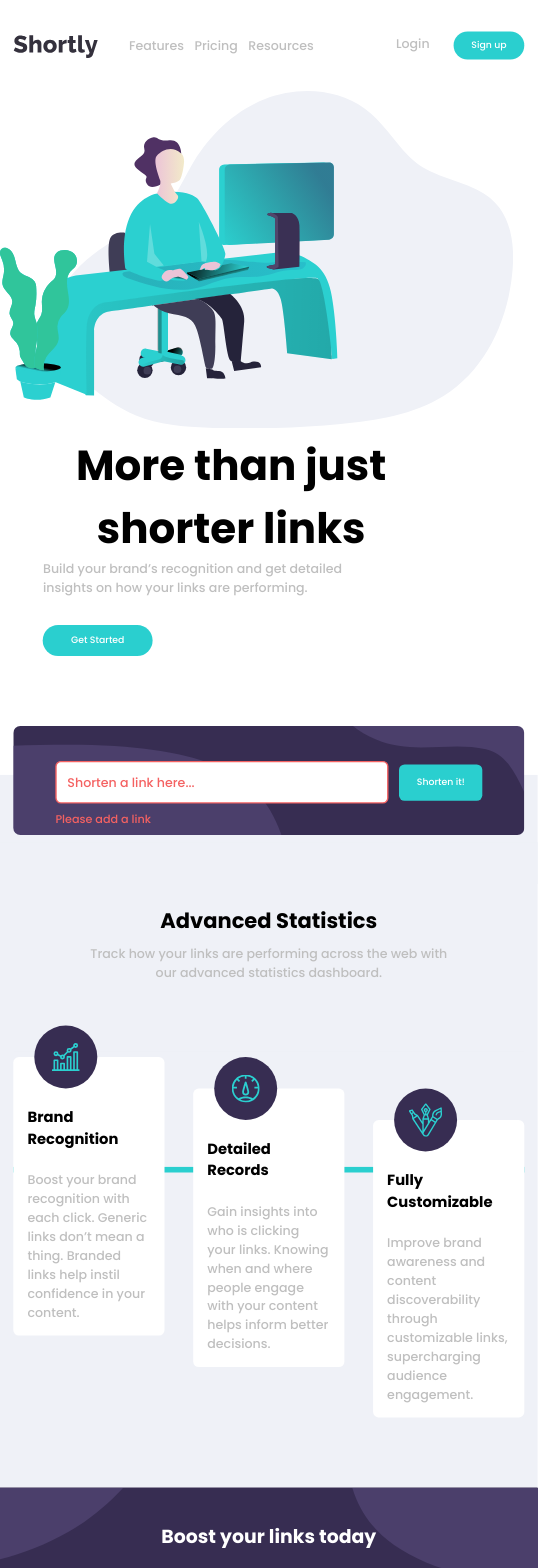
Repository: mamulini/URL-shortener
Page: index.html
The author's editor kept a copy of each file at every save. The page is drawn from the files as they stood at one save, then again after the next save.
The browser window is 768 px wide. The pictures show the part of the page from y = 0 to 2240 px (the page is 2677 px tall), at 70% of full size.
Some web libraries are served in a nearby version. The style sheet was rebuilt from its Sass, Less or Tailwind sources for each picture, by a compiler version that may differ from the author's.

Above is the page before, as saved 2020-04-18 14:21:21.

### index.html
<!DOCTYPE html>
<html lang="en">
<head>
  <meta charset="UTF-8">
  <meta name="viewport" content="width=device-width, initial-scale=1.0"> <!-- displays site properly based on user's device -->

  <link rel="icon" type="image/png" sizes="32x32" href="./images/favicon-32x32.png">
  <link rel="stylesheet" href="https://cdnjs.cloudflare.com/ajax/libs/font-awesome/5.13.0/css/all.min.css">
  <link rel="stylesheet" href="./sass/main.css">

  <title>Frontend Mentor | Shortly URL shortening API Challenge</title>

  <!-- Feel free to remove these styles or customise in your own stylesheet 👍 -->

</head>
<body>
  <header class="header container">
    <a href="/" class="header__logo"><img src="./images/logo.svg" alt="logo">
    </a>
    <nav class="nav">
      <ul class="nav__menu">
        <li class="nav__item"><a class="nav__link" href="#">Features</a></li>
        <li class="nav__item"><a class="nav__link" href="#">Pricing</a></li>
        <li class="nav__item"><a class="nav__link" href="#">Resources</a></li>
      </ul>
    </nav>
    <div class="user">
      <a class="user__login" href="#" >Login</a>
      <button class="user__sign-up btn--blue" type="button">Sign up</button>
    </div>

  </header>
  <main class="main">
    <div class="intro">
      <div class="intro__description">
        <h1 class="intro__title">More than just shorter links</h1>
        <p class="intro__subtitle">Build your brand’s recognition and get detailed <br> insights
          on how your links are performing.</p>
        <button class="intro__btn btn--blue">Get Started</button>

      </div>
      <div class="intro__img">
        <img src="./images/illustration-working.svg" alt="image">
      </div>
    </div>
    <div class="shorten ">
      <div class="shorten__handler container">
        <form class="shorten__form">
          <input class="shorten__input" type="url" pattern="https://.*" value="" placeholder="Shorten a link here...">
          <button class="shorten__btn btn--blue" type="button">Shorten it!</button>

        </form>
        <p class="shorten__subtitle">Please add a link</p>
      </div>
      <div class="shorten__links container"></div>
    </div>
    <div class="statistics ">
      <h2 class="statistics__title">Advanced Statistics</h2>
      <p class="statistics__subtitle">Track how your links are performing across the web with our
        advanced statistics dashboard.</p>
      <div class="blocks_wrapper container">
        <hr class="blocks_wrapper__line">
        <div class="block block--1">
          <div class="block__icon">
            <img src="./images/icon-brand-recognition.svg" alt="icon" >
          </div>
          <h3 class="block__title">Brand Recognition</h3>
          <p class="block__subtitle">Boost your brand recognition with each click. Generic links don’t
            mean a thing. Branded links help instil confidence in your content.</p>
        </div>
        <div class="block block--2">
          <div class="block__icon">
            <img src="./images/icon-detailed-records.svg" alt="icon" >
          </div>
          <h3 class="block__title">Detailed Records</h3>
          <p class="block__subtitle">Gain insights into who is clicking your links. Knowing when and where
            people engage with your content helps inform better decisions.</p>
        </div>
        <div class="block block--3">
          <div class="block__icon">
            <img src="./images/icon-fully-customizable.svg" alt="icon" >
          </div>
          <h3 class="block__title">Fully Customizable</h3>
          <p class="block__subtitle">Improve brand awareness and content discoverability through customizable
            links, supercharging audience engagement.</p>
        </div>

      </div>
    </div>
    <div class="link_booster">
      <h2 class="link_booster__title">Boost your links today</h2>
      <button class="link_booster__btn btn--blue">Get Started</button>
    </div>
  </main>
  <div class="footer">
    <div class="footer__wrapper container">
      <h2 class="footer__logo">Shortly</h2>
    <div class="footer__nav-wrapper">
      <h3 class="footer__nav-title">Features</h3>
      <ul class="footer__nav-list">
        <li class="footer__nav-li"><a class="footer__nav-link" href="#">Link Shortening</a></li>
        <li class="footer__nav-li"><a class="footer__nav-link" href="#">Branded Links</a></li>
        <li class="footer__nav-li"><a class="footer__nav-link" href="#">Analytics</a></li>
      </ul>
    </div>
    <div class="footer__nav-wrapper">
      <h3 class="footer__nav-title">Resources</h3>
      <ul class="footer__nav-list">
        <li class="footer__nav-li"><a class="footer__nav-link" href="#">Blog</a></li>
        <li class="footer__nav-li"><a class="footer__nav-link" href="#">Developers</a></li>
        <li class="footer__nav-li"><a class="footer__nav-link" href="#">Support</a></li>
      </ul>
    </div>
    <div class="footer__nav-wrapper">
      <h3 class="footer__nav-title">Company</h3>
      <ul class="footer__nav-list">
        <li class="footer__nav-li"><a class="footer__nav-link" href="#">About</a></li>
        <li class="footer__nav-li"><a class="footer__nav-link" href="#">Our Team</a></li>
        <li class="footer__nav-li"><a class="footer__nav-link" href="#">Careers</a></li>
        <li class="footer__nav-li"><a class="footer__nav-link" href="#">Contact</a></li>
      </ul>
    </div>
    <div class="footer__icons-wrapper">
      <a href="#"><i class="fab fa-facebook-square footer__icon"></i></a>
      <a href="#"><i  class="fab fa-twitter footer__icon"></i></a>
      <a href="#"><i class="fab fa-pinterest footer__icon"></i></a>
      <a href="#"><i class="fab fa-instagram footer__icon"></i></a>
    </div>

    </div>
    <div class="attribution">
      Challenge by <a href="https://www.frontendmentor.io?ref=challenge" target="_blank">Frontend Mentor</a>.
      Coded by <a href="#">David mamulia</a>.
    </div>
  </div>
  <script src="./js/main.js"></script>
</body>
</html>

### JS/main.js
const input = document.querySelector('.shorten__input');
const shortenBtn = document.querySelector('.shorten__btn');

input.addEventListener("focus", () => {
    input.value = "https://";
});

class ShortLinks {
    constructor(url, shortUrl){
        this.url = url;
        this.shortUrl = shortUrl;
    }

    static render(obj){
        const content = `
            <div class="shorten__genarate">
                <span class="shorten__long-link">${obj.url}</span>
                <a class="shorten__short-link" href="${obj.shortUrl}" target="_blank">${obj.shortUrl}</a>
                <button class="shorten__copy btn--blue">Copy</button>
                <span class="shorten__close"><i class="fas fa-window-close"></i></i></span >
            </div>
        `;

        document.querySelector(".shorten__links").insertAdjacentHTML("afterbegin", content);
    }
}


let storedLinks = (JSON.parse(localStorage.getItem("locaLinks")));

if (storedLinks){
    storedLinks.forEach(link => {
        ShortLinks.render(link);
    });
}else{ storedLinks = []; }



shortenBtn.addEventListener("click", () => {
    async function inputHandle(){
        const res = await fetch("https://rel.ink/api/links/", {
            method:"POST",
            body: JSON.stringify( {url: `${input.value}`} ),
            headers: { 'Content-Type': 'application/json' }
        });

        if (res.status > 200 && res.status < 400){
            const data = await res.json();

            storedLinks.push(new ShortLinks(input.value, `https://rel.ink/${data.hashid}`));
            input.value = "";

            //save to localStorage
            localStorage.setItem("locaLinks", JSON.stringify(storedLinks));

            ShortLinks.render(storedLinks[storedLinks.length - 1]);
        }else{
            document.querySelector(".shorten__subtitle").innerText = 'Link is not valid';


            setTimeout(() => {
                document.querySelector(".shorten__subtitle").innerText = 'Please add a link';

            }, 2000);
        }
    }

    inputHandle();
});


input.addEventListener("keypress", e => {
    if (e.keyCode === 13) {
        e.preventDefault();
        shortenBtn.click();
    }
  });



document.querySelector(".shorten__links").addEventListener("click", (e) => {
    if (e.target.classList.contains("fa-window-close")){
        const delUrl = e.target.parentNode;
        storedLinks = storedLinks.filter(link => link.shortUrl == delUrl);
        //save to localStorage
        localStorage.setItem("locaLinks", JSON.stringify(storedLinks));
        //disappear from DOM
        e.target.parentNode.parentNode.remove();
    }
});

document.querySelector(".shorten").addEventListener("click", (e) => {
    if (e.target.innerText == "Copy"){
        //turn all copy buttons to "Copy" again (in case of they are not)
        const copyButtons = document.querySelectorAll(".shorten__handler div button");

        for (let i = 0; i < copyButtons.length; i++){
            console.log(copyButtons[i]);
            copyButtons[i].style.backgroundColor = "hsl(180, 66%, 49%)";
            copyButtons[i].innerText = "Copy";
        }

        e.target.style.backgroundColor = "hsl(257, 27%, 26%)";
        e.target.innerText = "Copied!";

        //copy shorten link to keyboard
        const copy = e.target.previousElementSibling.innerHTML;
        const input = document.createElement('textarea');
        document.body.appendChild(input);
        input.value = copy;
        input.select();
        document.execCommand('Copy');
        input.remove();
    }
});

### sass/main.scss
@import url('https://fonts.googleapis.com/css2?family=Poppins:wght@500;700&display=swap');

// colors
$text_gray: hsl(0, 0%, 75%);
$cyan_btn:  hsl(180, 66%, 49%);
$dark_bg : #372d52;
$dark_blue: #1e1a23;
$red : hsl(0, 87%, 67%);
$light_bg: #eff1f7;

* {
    padding: 0;
    margin: 0;
    box-sizing: border-box;
}

body{
    font-size: 18px;
    font-family: 'poppins', sans-serif;
    font-weight: 500;

}

img {
    max-width: 100%;
}

.container {
    max-width: 85%;
    margin: 0 auto;
    @media screen and (max-width: 880px) {
        max-width: 95%;
    }
}

.header {
    margin-top: 40px;
    margin-bottom: 40px;
    display: flex;
    justify-content: flex-start;
    align-items: center;
    &__logo{
        flex: 0 0 25%;
        max-width: 150px;
        margin-top: 10px;
    }
}

.nav{
    flex: 0 0 25%;
    &__menu{
        display: flex;
        justify-content: space-between;
        list-style: none;

    }

    &__item{
        margin-left: 15px;
    }

    &__link{
        text-decoration: none;
        color: $text_gray;
        &:hover{
            color: #000000;
        }
    }
}

.user{
    flex: 1;
    text-align: right;


    &__login{
        color: $text_gray;
        margin-right: 30px;
        text-decoration: none;
        &:hover{
            color: #000000;
        }
    }
}

.btn--blue{
    padding: 10px 25px;
    border: none;
    cursor: pointer;
    display: inline-block;
    border-radius: 50px;
    background: $cyan_btn;
    outline: none;
    color: #ffffff;
    font-family: 'poppins', sans-serif;
    font-weight: 500;

    &:hover{
        opacity: .5;
    }

    &:active{
        transform: scale(0.90);
    }
}

.intro{
    display: flex;
    justify-content: space-between;
    @media screen and (max-width: 768px){
        flex-direction: column;
    }

    &__description{
        display: flex;
        flex-direction: column;
        justify-content: center;
        align-items: flex-start;
        max-width: 500px;
        margin-left: 8%;
        @media screen and (max-width: 768px){
            max-width: 70%;
            text-align: center;
        }
    }

    &__title {
        font-size: 60px;
        @media screen and (max-width: 768px){
            text-align: center;
        }
    }

    &__subtitle {
        text-align-last: left;
        color: $text_gray;
    }

    &__btn{
        margin-top: 40px;
        padding: 12px 40px;
    }

    &__img{
        @media screen and (max-width: 768px){
            order: -1;
        }
    }
}

.shorten{
    background: $light_bg;
    margin-top: 170px;

    &__handler{
        background-image: url('../images/bg-shorten-desktop.svg');
        background-position: center;
        background-size: cover;
        background-color: $dark_bg;
        border-radius: 10px;
        position: relative;
        top: -70px;
        margin-bottom: -60px;
    }

    &__form{
        display: flex;
        justify-content: space-between;
        align-items: center;
        padding: 50px 60px 0 60px;
        flex-wrap: wrap;
    }

    &__subtitle{
        padding:10px 60px ;
        font-size: 16px;
        color: $red;
    }

    &__input{
        flex: 1;
        padding: 15px;
        border-radius: 8px;
        margin-right: 15px;
        font-family:'poppins', sans-serif;
        border: 2px solid $red;
        outline: none;
        font-size: 18px;
         &::placeholder{
            color: $red;
         }
    }

    &__btn{
        border-radius: 8px;
        padding-top: 15px;
        padding-bottom: 17px;
    }

    &__subtitle{
        align-self: flex-end;
    }

    &__links{
        background: $light_bg;
    }



    &__genarate{
        list-style: none;
        display: flex;
        justify-content: space-between;
        align-items: center;
        background: #ffffff;
        border-radius: 8px;
        padding: 15px;
        margin-top: 20px;
    }

    &__long-link{
        flex: 1;
        overflow: hidden;
    }

    &__short-link{
        padding: 15px;
        color: $cyan_btn;
    }

    &__copy{
        margin-right: 10px;
        border-radius: 8px;
        padding: 8px 15px;
    }

    &__close{
        cursor: pointer;
    }
}

.statistics{
    background: $light_bg;
    text-align: center;
    padding-top: 90px;
    padding-bottom: 100px;


    &__title {
        font-size: 30px;
    }
    &__subtitle{
        max-width: 520px;
        margin: 10px auto;
        color: $text_gray;
    }
}

.blocks_wrapper {
    display: flex;
    justify-content: space-between;
    flex-wrap: wrap;
    background: $light_bg;
    margin-top: 100px;
}

.block{
    flex: 0 0 calc(33% - 25px);
    background: #ffffff;
    height: 30%;
    text-align: left;
    border-radius: 8px;
    z-index: 1;


    &--2{
        margin-top: 45px;
    }
    &--3{
        margin-top: 90px;
    }
    &__icon{
        background: $dark_bg ;
        padding: 20px;
        border-radius: 100%;
        display: inline-block;
        width: 90px;
        height: 90px;
        display: flex;
        justify-content: center;
        align-items: center;
        margin-left: 30px;
        transform:translateY(-45px);
    }
    &__title{
        padding:0 30px 30px 20px;
        margin-top: -20px;
    }
    &__subtitle{
        padding: 0 20px 20px;
        line-height: 1.5;
        color: $text_gray;
    }
}

.blocks_wrapper__line{
    border: 4px solid $cyan_btn;
    transform:translateY(165px);
    position: relative;
    flex: 100%;

}

.link_booster{
    text-align: center;
    background: $dark_bg url('../images/bg-boost-desktop.svg') no-repeat center;
    // background-size: cover;
    height: 230px;

    &__title{
        color: #ffffff;
        padding-top: 50px;
    }
    &__btn{
        margin-top: 30px;
        &:hover{
            opacity: .7;
        }
    }
}


.footer{
    background: $dark_blue;
    &__wrapper{
        padding-top: 50px;
        display: flex;
        justify-content: space-between;


    }

    &__logo {
        color: #ffffff;
        padding-right: 30px;

    }

    &__nav-wrapper{
        margin-bottom: 40px;
        padding-right: 15px;
    }

    &__nav-list{
        list-style: none;

    }

    &__nav-li {
        padding-top: 10px;
    }

    &__nav-title{
        color: #ffffff;
        padding-bottom: 10px;
        font-size: 18px;

    }

    &__nav-link{
        text-decoration: none;
        color: $text_gray;
        margin-top: 30px;
        &:hover{
            color: $cyan_btn;
        }
    }

    &__icon{
        color: #ffffff;
        padding-right: 20px;
        font-size: 30px;
        &:hover{
            color: $cyan_btn;
        }
    }
}

.attribution { font-size: 11px; text-align: center; color: $text_gray; padding: 15px; }
.attribution a { color: hsl(228, 45%, 44%); }

After the next save:
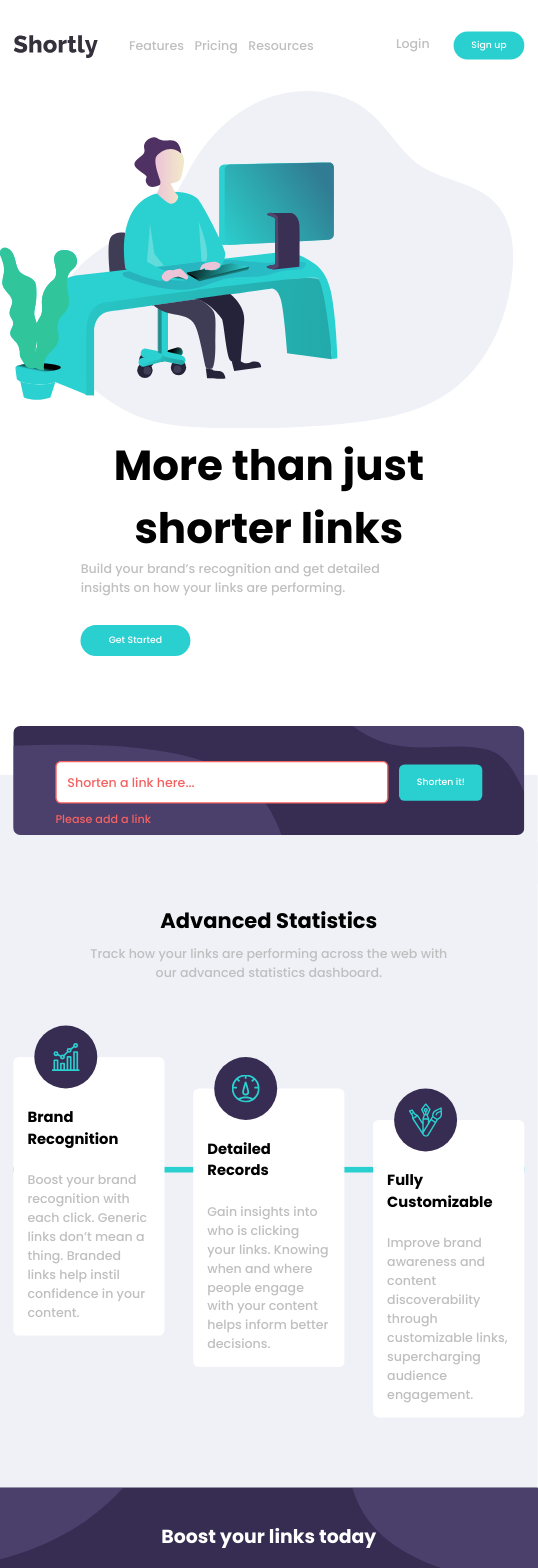
Saved 34 s later.
--- a/sass/main.scss
+++ b/sass/main.scss
@@ -120,7 +120,7 @@ img {
         margin-left: 8%;
         @media screen and (max-width: 768px){
             max-width: 70%;
-            text-align: center;
+            margin: 0 auto;
         }
     }
 
